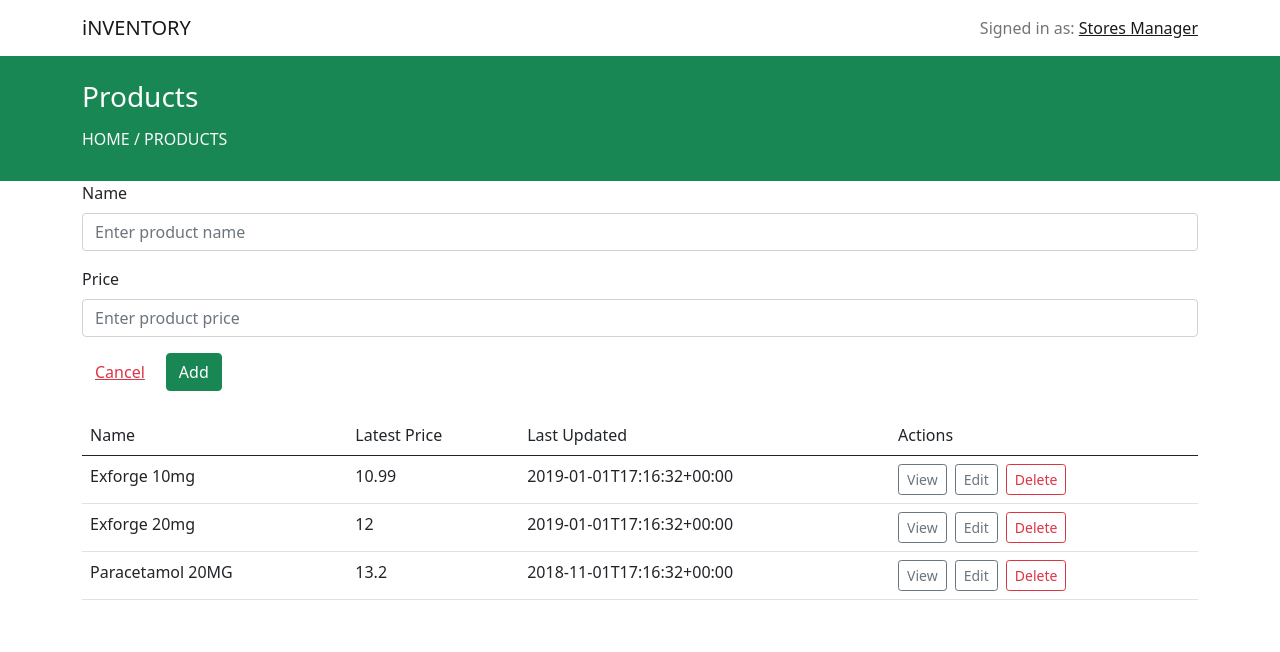
Repository: tHEO2k17/inventory-manager
Page: /
The author's editor kept a copy of each file at every save. The page is drawn from the files as they stood at one save, then again after the next save.
The browser window is 1280 px wide. The pictures show the whole page.
The project was rebuilt for these pictures with package versions that can differ from the ones it lists, and the page was loaded fresh each time.

Above is the page before, as saved 2021-08-31 09:20:23.

### src/index.tsx
import React from 'react';
import ReactDOM from 'react-dom';
import './index.scss';
import App from './presentation/App';

ReactDOM.render(
  <React.StrictMode>
    <App />
  </React.StrictMode>,
  document.getElementById('root')
);

### src/presentation/App.tsx
import ProductsPage from './pages/ProductsPage';

export default function App() {
  return ( <ProductsPage/> );
}

### src/presentation/pages/ProductsPage.tsx
import { Component } from "react"
import { Container, Table } from "react-bootstrap";
import { mock } from "../../core/mock";
import Banner from "../components/Banner";
import Product from "../components/Product";
import ProductForm from "../components/ProductForm";
import TopBar from "../components/TopBar";

export default class ProductsPage extends Component {
    // constructor(props: any) {
    //     super(props);
    // }

    render() {
        return (
            <>
            <TopBar/>
            <Banner/>
            <Container>
                <ProductForm/>
                <br/>
                <Table>
                    <thead>
                        <tr>
                            <td>Name</td>
                            <td>Latest Price</td>
                            <td>Last Updated</td>
                            <td>Actions</td>
                        </tr>
                    </thead>
                    <tbody>
                        {
                            mock.products.map(product => <Product key={product.id} product={product} />)
                        }
                    </tbody>
                </Table>
            </Container>
            </>
        );
    }
}

### src/core/mock.ts
export const mock = {
    "products": [
        {
            "id": 1,
            "name": "Exforge 10mg",
            "prices": [
                {
                    "id": 1,
                    "price": 10.99,
                    "date": "2019-01-01T17:16:32+00:00"
                },
                {
                    "id": 2,
                    "price": 9.20,
                    "date": "2018-11-01T17:16:32+00:00"
                }
            ]
        },
        {
            "id": 2,
            "name": "Exforge 20mg",
            "prices": [
                {
                    "id": 3,
                    "price": 12.00,
                    "date": "2019-01-01T17:16:32+00:00"
                },
                {
                    "id": 4,
                    "price": 13.20,
                    "date": "2018-11-01T17:16:32+00:00"
                }
            ]
        },
        {
            "id": 3,
            "name": "Paracetamol 20MG",
            "prices": [
                {
                    "id": 5,
                    "price": 5.00,
                    "date": "2017-01-01T17:16:32+00:00"
                },
                {
                    "id": 6,
                    "price": 13.20,
                    "date": "2018-11-01T17:16:32+00:00"
                }
            ]
        }
    ]
};

### src/presentation/components/Banner.tsx
import { Container } from "react-bootstrap";

const Banner = () => {
    return (
       <section className="bg-success">
           <Container className="py-4 text-white">
               <h3>Products</h3>
               <h6 className="text-light mt-3 font-weight-lighter">HOME / PRODUCTS</h6>

           </Container>
       </section>
    );
}

export default Banner;

### src/presentation/components/Product.tsx
import { Button } from "react-bootstrap"
import moment from 'moment';

const Product = ({ product }: ProductProps) => {

    const findLatestPriceInfo = (prices: any[]): any => {
        return prices.reduce(
            (acc: any, value: any) =>
                moment(acc.date).isAfter(value.date)
                    ? acc
                    : value
        );
    }

    return (
        <tr>
            <td>{product.name}</td>
            <td>{findLatestPriceInfo(product.prices).price}</td>
            <td>{findLatestPriceInfo(product.prices).date}</td>
            <td>
                <Button size="sm" variant="outline-secondary">View</Button>
                <Button size="sm" variant="outline-secondary" className="mx-2">Edit</Button>
                <Button size="sm" variant="outline-danger">Delete</Button>
            </td>
        </tr>
    );

}

export default Product;

type ProductProps = {
    key: any,
    product: any
}

### src/presentation/components/ProductForm.tsx
import { Component } from "react";
import { Button, Form } from "react-bootstrap";

export default class ProductForm extends Component {
    // constructor(props: any) {
    //     super(props);
    // }

    render() {
        return (
            <Form>
                <Form.Group className="mb-3">
                    <Form.Label>Name</Form.Label>
                    <Form.Control type="text" placeholder="Enter product name" />
                </Form.Group>

                <Form.Group className="mb-3">
                    <Form.Label>Price</Form.Label>
                    <Form.Control type="text" placeholder="Enter product price" />
                </Form.Group>

                <Form.Group>
                    <Button variant="link" className="me-2 text-danger">Cancel</Button>
                    <Button variant="success">Add</Button>
                </Form.Group>

            </Form>
        );
    }
}

### src/presentation/components/TopBar.tsx
import { Container, Navbar } from "react-bootstrap";

const TopBar = () => {
    return (
        <Navbar>
            <Container>
                <Navbar.Brand href="#home">iNVENTORY</Navbar.Brand>
                <Navbar.Toggle />
                <Navbar.Collapse className="justify-content-end">
                    <Navbar.Text>
                        Signed in as: <a href="#login">Stores Manager</a>
                    </Navbar.Text>
                </Navbar.Collapse>
            </Container>
        </Navbar>
    );
}

export default TopBar;

Loaded but not shown: public/index.html (common file); src/index.scss (common file)

After the next save:
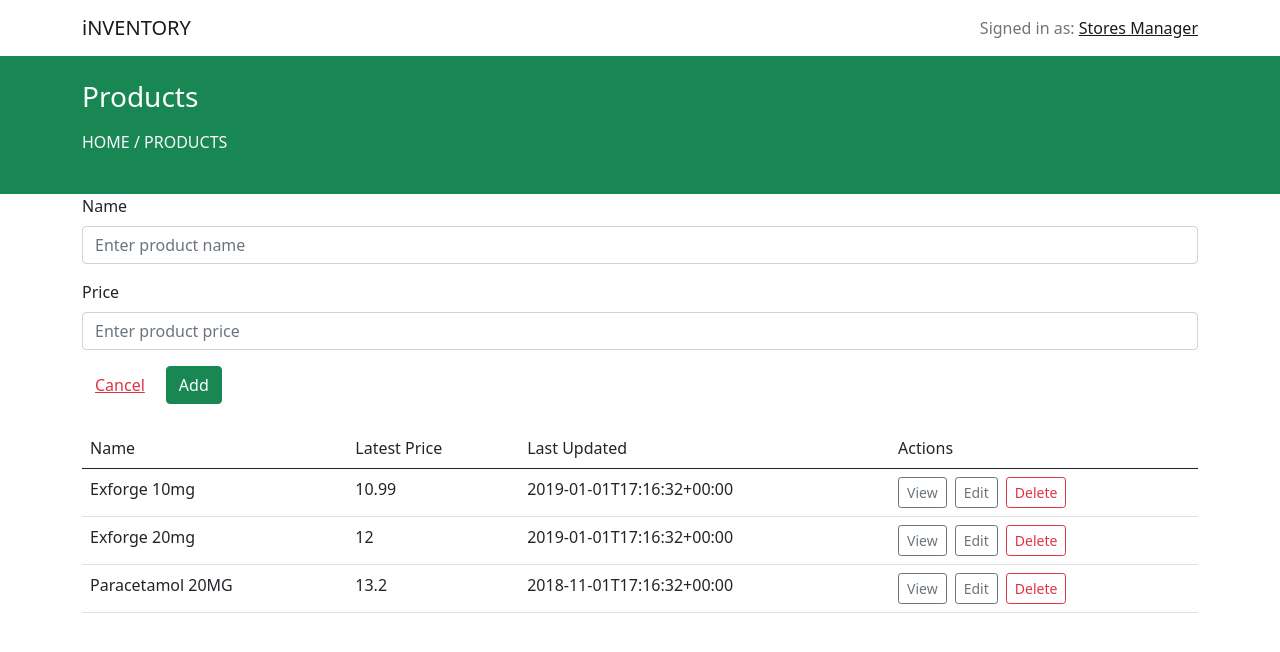
Saved 6 s later.
--- a/src/presentation/components/Banner.tsx
+++ b/src/presentation/components/Banner.tsx
@@ -5,7 +5,7 @@ const Banner = () => {
        <section className="bg-success">
            <Container className="py-4 text-white">
                <h3>Products</h3>
-               <h6 className="text-light mt-3 font-weight-lighter">HOME / PRODUCTS</h6>
+               <p className="text-light mt-3 font-weight-lighter">HOME / PRODUCTS</p>
 
            </Container>
        </section>
